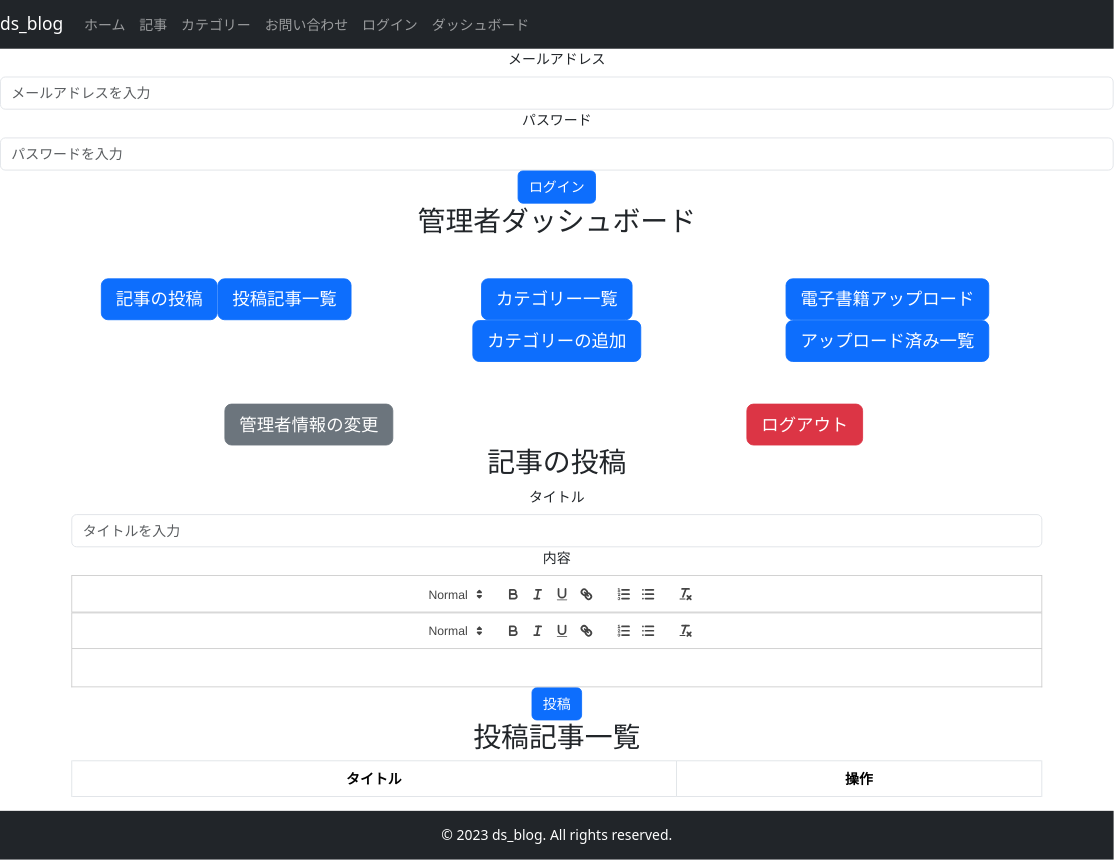
Repository: a-yama100/ds_blog
Page: /categories (app in frontend/)
These files come from the project's save history. The page is drawn as it stood at one moment and after the next save; the edit follows.
The browser window is 1280 px wide. The pictures show the whole page, at 87% of full size.
The page's requests for data from a server got no answer. The project was rebuilt for these pictures with package versions that can differ from the ones it lists, and the page was loaded fresh each time. No one was signed in, and anything a server would have sent is missing.

Above is the page before, as saved 2023-10-03 06:39:52.

### frontend/src/index.js
// E:\programming\Project\ds_blog\frontend\src\index.js

import React from 'react';
import ReactDOM from 'react-dom/client';
import './index.css';
import App from './App';
import reportWebVitals from './reportWebVitals';
import 'bootstrap/dist/css/bootstrap.min.css';

const root = ReactDOM.createRoot(document.getElementById('root'));
root.render(
  <React.StrictMode>
    <App />
  </React.StrictMode>
);

reportWebVitals();

### frontend/src/App.js
// E:\programming\Project\ds_blog\frontend\src\App.js

import './App.css';
import React from 'react';
import Header from './components/Header';
import Footer from './components/Footer';
import Login from './components/Login';
import Dashboard from './components/Dashboard';
import ArticleCreate from './components/ArticleCreate';
import ArticleList from './components/ArticleList';

function App() {
  return (
    <div className="App">
      <Header />
      <Login />
      <Dashboard />
      <ArticleCreate />
      <ArticleList />
      <Footer />
    </div>
  );
}

export default App;

### frontend/src/components/Header.js
// E:\programming\Project\ds_blog\frontend\src\components\Header.js

import React from 'react';
import { Navbar, Nav } from 'react-bootstrap';

const Header = () => {
    return (
        <Navbar bg="dark" variant="dark" expand="lg">
            <Navbar.Brand href="/">ds_blog</Navbar.Brand>
            <Navbar.Toggle aria-controls="basic-navbar-nav" />
            <Navbar.Collapse id="basic-navbar-nav">
                <Nav className="mr-auto">
                    <Nav.Link href="/">ホーム</Nav.Link>
                    <Nav.Link href="/articles">記事</Nav.Link>
                    <Nav.Link href="/categories">カテゴリー</Nav.Link>
                    <Nav.Link href="/contact">お問い合わせ</Nav.Link>
                </Nav>
                <Nav className="ml-auto">
                    <Nav.Link href="/login">ログイン</Nav.Link>
                    <Nav.Link href="/dashboard">ダッシュボード</Nav.Link>
                </Nav>
            </Navbar.Collapse>
        </Navbar>
    );
}

export default Header;

### frontend/src/components/Footer.js
// E:\programming\Project\ds_blog\frontend\src\components\Footer.js

import React from 'react';

const Footer = () => {
    return (
        <footer className="text-center py-3 bg-dark text-white">
            &copy; 2023 ds_blog. All rights reserved.
        </footer>
    );
}

export default Footer;

### frontend/src/components/Login.js
// E:\programming\Project\ds_blog\frontend\src\components\Login.js

import React, { useState } from 'react';
import { Form, Button } from 'react-bootstrap';

const Login = () => {
    const [email, setEmail] = useState('');
    const [password, setPassword] = useState('');

    const handleSubmit = async (e) => {
        e.preventDefault();
        try {
            const response = await fetch('/users/login', {
                method: 'POST',
                headers: {
                    'Content-Type': 'application/json'
                },
                body: JSON.stringify({ email, password })
            });
            const data = await response.json();

            if (response.status === 200) {
                console.log("ログイン成功:", data);
                // ここでセッションやトークンを保存する処理を追加
            } else {
                console.error("ログイン失敗:", data.error);
            }
        } catch (error) {
            console.error("エラー:", error);
        }
    }

    return (
        <div className="login-form">
            <Form onSubmit={handleSubmit}>
                <Form.Group controlId="formBasicEmail">
                    <Form.Label>メールアドレス</Form.Label>
                    <Form.Control type="email" placeholder="メールアドレスを入力" value={email} onChange={e => setEmail(e.target.value)} />
                </Form.Group>

                <Form.Group controlId="formBasicPassword">
                    <Form.Label>パスワード</Form.Label>
                    <Form.Control type="password" placeholder="パスワードを入力" value={password} onChange={e => setPassword(e.target.value)} />
                </Form.Group>

                <Button variant="primary" type="submit">
                    ログイン
                </Button>
            </Form>
        </div>
    );
}

export default Login;

### frontend/src/components/Dashboard.js
// E:\programming\Project\ds_blog\frontend\src\components\Dashboard.js

import React from 'react';
import { Button, Container, Row, Col } from 'react-bootstrap';

const Dashboard = () => {
    return (
        <Container>
            <h2>管理者ダッシュボード</h2>
            <Row className="mt-5">
                <Col md={4}>
                    <Button href="/create-article" variant="primary" size="lg" block>記事の投稿</Button>
                    <Button href="/articles" variant="primary" size="lg" block>投稿記事一覧</Button>
                </Col>
                <Col md={4}>
                    <Button href="/categories" variant="primary" size="lg" block>カテゴリー一覧</Button>
                    <Button href="/add-category" variant="primary" size="lg" block>カテゴリーの追加</Button>
                </Col>
                <Col md={4}>
                    <Button href="/upload-ebook" variant="primary" size="lg" block>電子書籍アップロード</Button>
                    <Button href="/ebooks" variant="primary" size="lg" block>アップロード済み一覧</Button>
                </Col>
            </Row>
            <Row className="mt-5">
                <Col md={6}>
                    <Button href="/edit-profile" variant="secondary" size="lg" block>管理者情報の変更</Button>
                </Col>
                <Col md={6}>
                    <Button href="/logout" variant="danger" size="lg" block>ログアウト</Button>
                </Col>
            </Row>
        </Container>
    );
}

export default Dashboard;

### frontend/src/components/ArticleCreate.js
// E:\programming\Project\ds_blog\frontend\src\components\ArticleCreate.js

import React, { useState } from 'react';
import RichTextEditor from './RichTextEditor';
import { Button, Form, Container } from 'react-bootstrap';

const ArticleCreate = () => {
    const [title, setTitle] = useState('');
    const [content, setContent] = useState('');

    const handleSubmit = async (e) => {
        e.preventDefault();
        try {
            const response = await fetch('/articles', {
                method: 'POST',
                headers: {
                    'Content-Type': 'application/json'
                },
                body: JSON.stringify({ title, content })
            });
            const data = await response.json();

            if (response.status === 200) {
                console.log("記事投稿成功:", data);
            } else {
                console.error("記事投稿失敗:", data.error);
            }
        } catch (error) {
            console.error("エラー:", error);
        }
    }

    return (
        <Container>
            <h2>記事の投稿</h2>
            <Form onSubmit={handleSubmit}>
                <Form.Group controlId="title">
                    <Form.Label>タイトル</Form.Label>
                    <Form.Control type="text" placeholder="タイトルを入力" value={title} onChange={e => setTitle(e.target.value)} />
                </Form.Group>

                <Form.Group controlId="content">
                    <Form.Label>内容</Form.Label>
                    <RichTextEditor content={content} setContent={setContent} />
                </Form.Group>

                <Button variant="primary" type="submit">
                    投稿
                </Button>
            </Form>
        </Container>
    );
}

export default ArticleCreate;

### frontend/src/components/ArticleList.js
// E:\programming\Project\ds_blog\frontend\src\components\ArticleList.js

import React, { useState, useEffect } from 'react';
import { Table, Container } from 'react-bootstrap';

const ArticleList = () => {
    const [articles, setArticles] = useState([]);

    useEffect(() => {
        const fetchArticles = async () => {
            try {
                const response = await fetch('/articles');
                const data = await response.json();
                setArticles(data);
            } catch (error) {
                console.error("エラー:", error);
            }
        }
        fetchArticles();
    }, []);

    return (
        <Container>
            <h2>投稿記事一覧</h2>
            <Table striped bordered hover>
                <thead>
                    <tr>
                        <th>タイトル</th>
                        <th>操作</th>
                    </tr>
                </thead>
                <tbody>
                    {articles.map(article => (
                        <tr key={article.id}>
                            <td>{article.title}</td>
                            <td>
                                <a href={`/articles/${article.id}/edit`}>編集</a> |
                                <a href={`/articles/${article.id}/delete`}>削除</a>
                            </td>
                        </tr>
                    ))}
                </tbody>
            </Table>
        </Container>
    );
}

export default ArticleList;

### frontend/src/components/RichTextEditor.js
// E:\programming\Project\ds_blog\frontend\src\components\RichTextEditor.js

import React, { useRef, useEffect } from 'react';
import Quill from 'quill';
import 'quill/dist/quill.snow.css';  // for snow theme

const RichTextEditor = ({ content, setContent }) => {
    const editorRef = useRef(null);
    const quillInstance = useRef(null);  // useRefを使用してquillInstanceを定義

    useEffect(() => {
        quillInstance.current = new Quill(editorRef.current, {
            theme: 'snow'
        });

        quillInstance.current.on('text-change', () => {
            setContent(quillInstance.current.root.innerHTML);
        });
    }, [setContent]);

    return (
        <div ref={editorRef}></div>
    );
};

export default RichTextEditor;

### frontend/src/components/CategoryList.js
// E:\programming\Project\ds_blog\frontend\src\components\CategoryList.js

import React, { useState, useEffect } from 'react';
import { Table, Container } from 'react-bootstrap';

const CategoryList = () => {
    const [categories, setCategories] = useState([]);

    useEffect(() => {
        const fetchCategories = async () => {
            try {
                const response = await fetch('/categories');
                const data = await response.json();
                setCategories(data);
            } catch (error) {
                console.error("エラー:", error);
            }
        }
        fetchCategories();
    }, []);

    return (
        <Container>
            <h2>カテゴリー一覧</h2>
            <Table striped bordered hover>
                <thead>
                    <tr>
                        <th>カテゴリー名</th>
                        <th>操作</th>
                    </tr>
                </thead>
                <tbody>
                    {categories.map(category => (
                        <tr key={category.id}>
                            <td>{category.name}</td>
                            <td>
                                <a href={`/categories/${category.id}/edit`}>編集</a> |
                                <a href={`/categories/${category.id}/delete`}>削除</a>
                            </td>
                        </tr>
                    ))}
                </tbody>
            </Table>
        </Container>
    );
}

export default CategoryList;

### frontend/src/components/AddCategory.js
// E:\programming\Project\ds_blog\frontend\src\components\AddCategory.js

import React, { useState } from 'react';
import { Button, Form, Container } from 'react-bootstrap';

const AddCategory = () => {
    const [name, setName] = useState('');

    const handleSubmit = async (e) => {
        e.preventDefault();
        try {
            const response = await fetch('/categories', {
                method: 'POST',
                headers: {
                    'Content-Type': 'application/json'
                },
                body: JSON.stringify({ name })
            });
            const data = await response.json();

            if (response.status === 200) {
                console.log("カテゴリー追加成功:", data);
            } else {
                console.error("カテゴリー追加失敗:", data.error);
            }
        } catch (error) {
            console.error("エラー:", error);
        }
    }

    return (
        <Container>
            <h2>カテゴリーの追加</h2>
            <Form onSubmit={handleSubmit}>
                <Form.Group controlId="name">
                    <Form.Label>カテゴリー名</Form.Label>
                    <Form.Control type="text" placeholder="カテゴリー名を入力" value={name} onChange={e => setName(e.target.value)} />
                </Form.Group>

                <Button variant="primary" type="submit">
                    追加
                </Button>
            </Form>
        </Container>
    );
}

export default AddCategory;

Loaded but not shown: frontend/public/index.html (common file); frontend/src/index.css (common file); frontend/src/reportWebVitals.js (common file); frontend/src/App.css (common file)

After the next save:
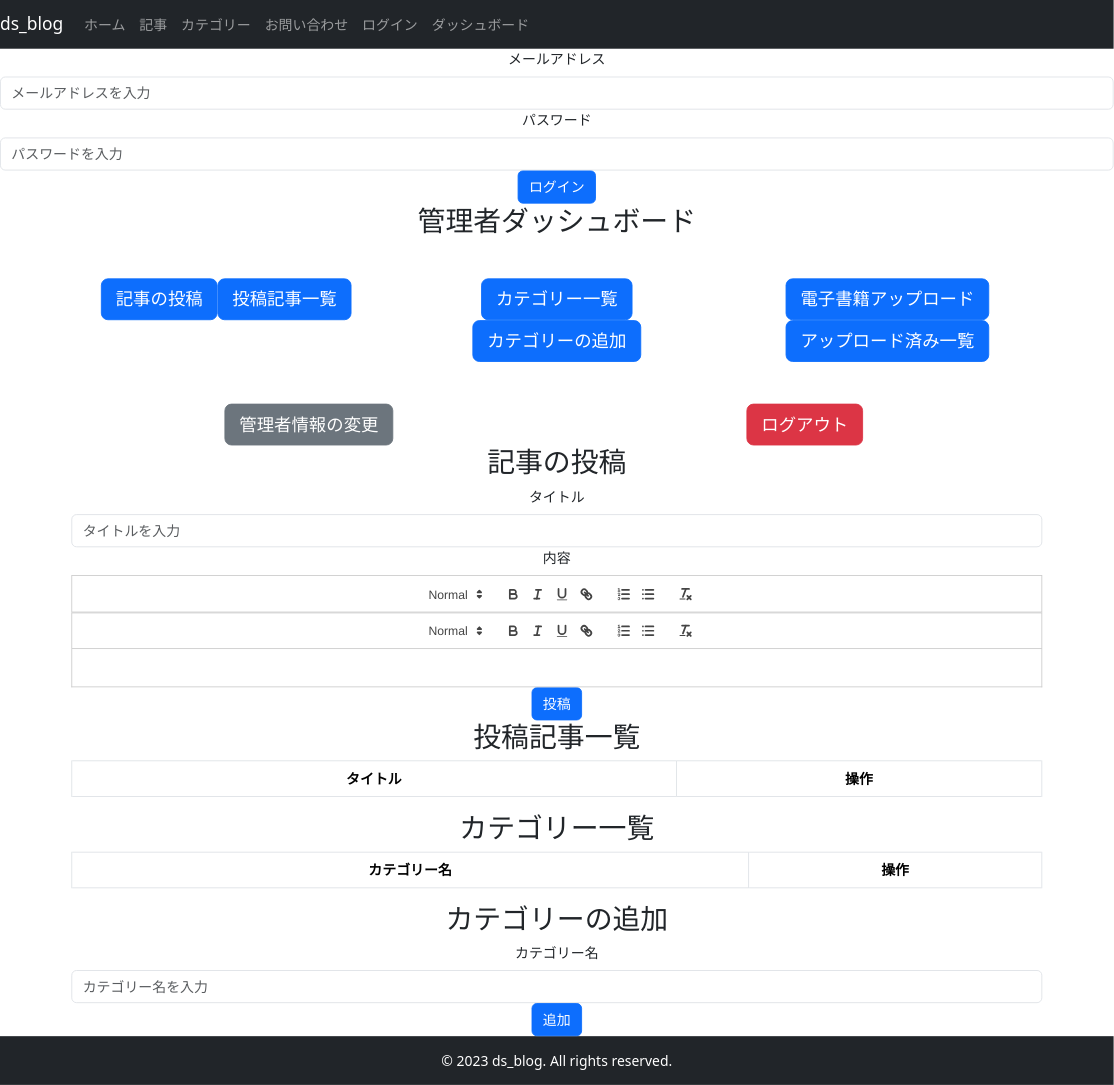
Saved 16 s later.
--- a/frontend/src/App.js
+++ b/frontend/src/App.js
@@ -8,6 +8,8 @@
 import Dashboard from './components/Dashboard';
 import ArticleCreate from './components/ArticleCreate';
 import ArticleList from './components/ArticleList';
+import CategoryList from './components/CategoryList';
+import AddCategory from './components/AddCategory';
 
 function App() {
   return (
@@ -17,6 +19,8 @@
       <Dashboard />
       <ArticleCreate />
       <ArticleList />
+      <CategoryList />
+      <AddCategory />
       <Footer />
     </div>
   );
